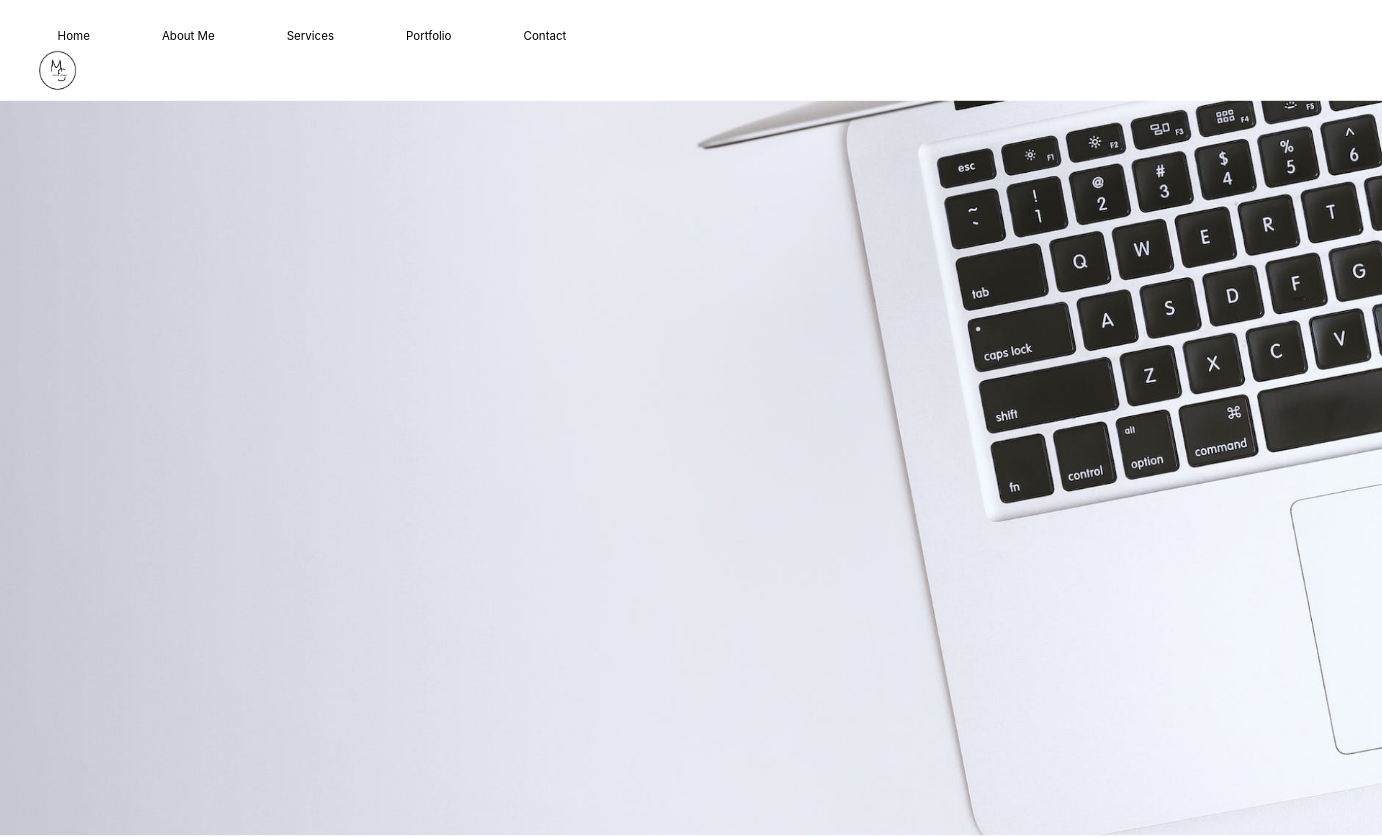
Repository: MEROO1010/Portfolio-2
Page: /
An editor plug-in stored every save of this project. The page is shown before and after a run of saves, followed by the edit.
The browser window is 1280 px wide. The page is 1920 px wide, so the pictures cover 1920 px, including what lies to the right of the window. The pictures show the whole page, at 72% of full size.
The project was rebuilt for these pictures with package versions that can differ from the ones it lists, and the page was loaded fresh each time.

Above is the page before, as saved 2023-12-14 13:50:46.

After the next 2 saves:
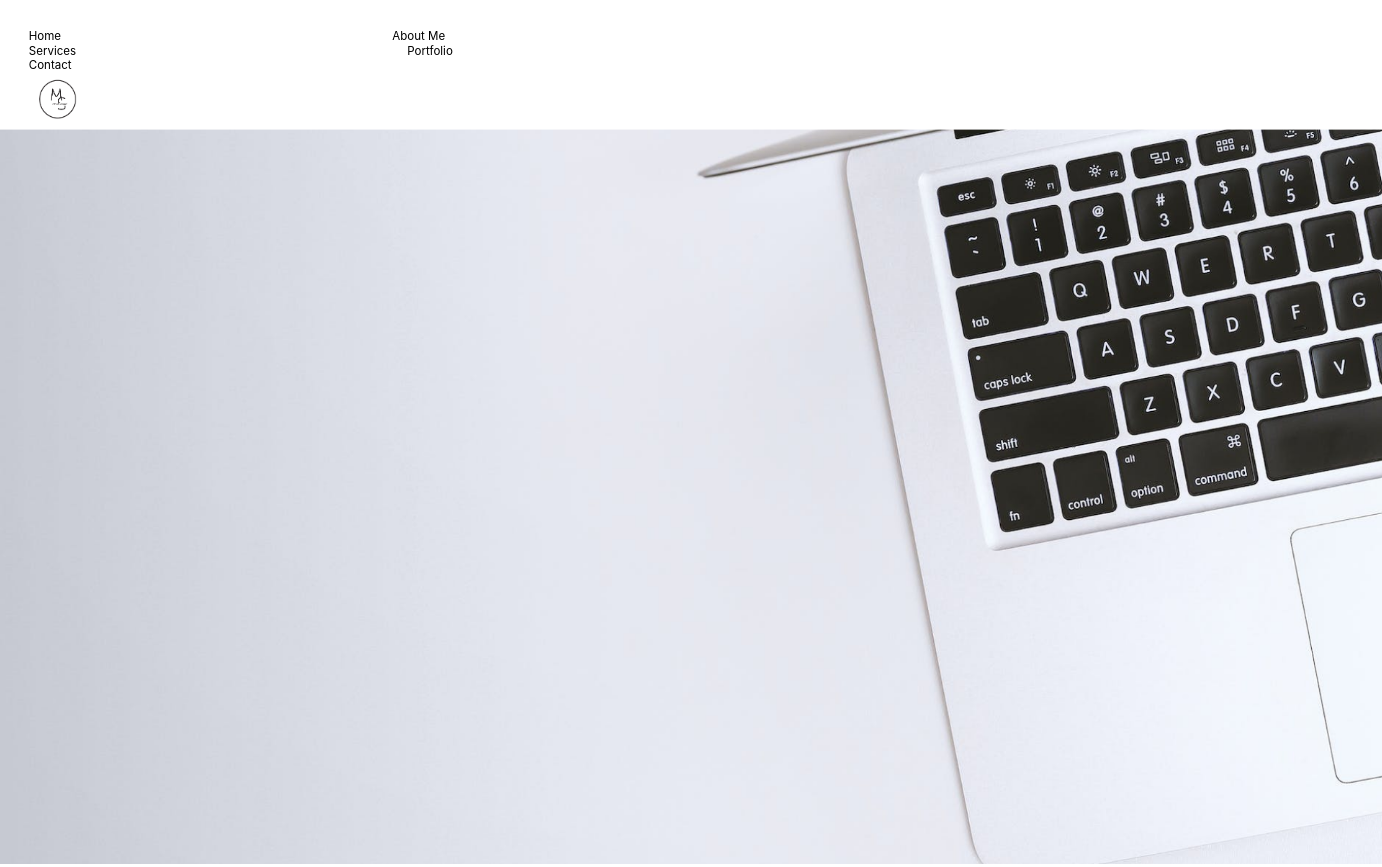
The 2 saves are shown as one change because they came seconds apart.
The last was saved 9 s later.
--- a/src/components/Navbar.js
+++ b/src/components/Navbar.js
@@ -37,7 +37,7 @@
     justifyContent: flex-end;
     display: flex;
   float: left;
-  padding-left: 40px;
+  padding-right: 400px;
   margin-right:60px;
 
 

After the save that followed:
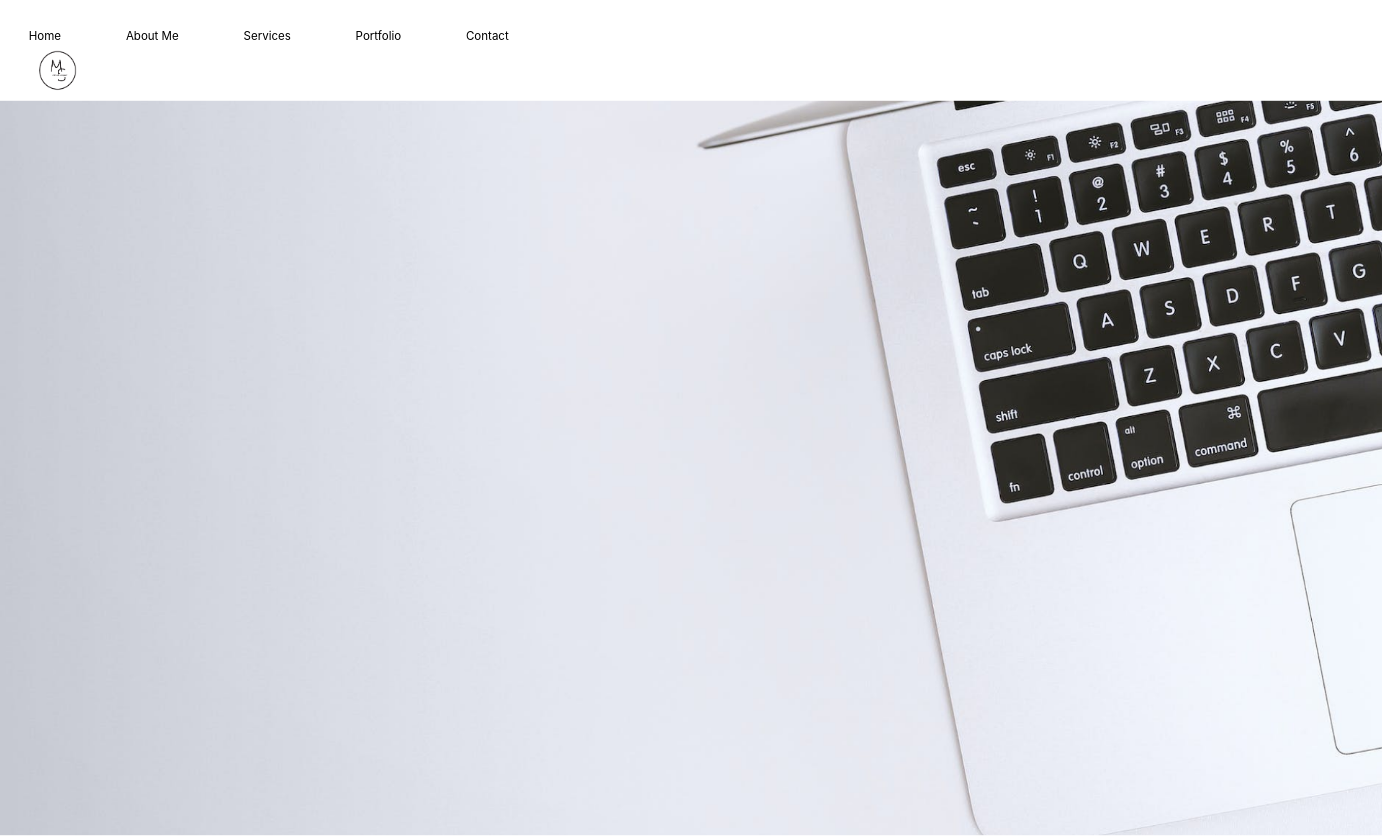
Saved 5 s later.
--- a/src/components/Navbar.js
+++ b/src/components/Navbar.js
@@ -37,7 +37,7 @@
     justifyContent: flex-end;
     display: flex;
   float: left;
-  padding-right: 400px;
+  padding-right: 30px;
   margin-right:60px;
 
 
